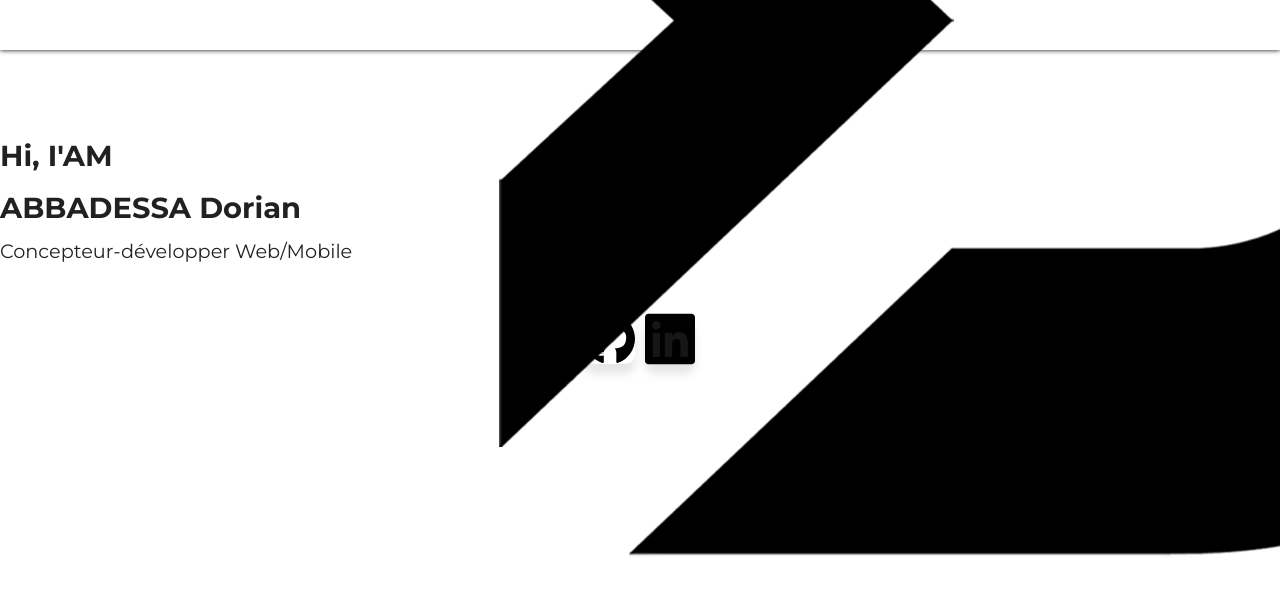
Repository: DorianABDS/Portfolio-ABBADESSA-Dorian
Page: index.html
The author's editor kept a copy of each file at every save. The page is drawn from the files as they stood at one save, then again after the next save.
The browser window is 1280 px wide. The pictures show the window.
The pointer rests on the first visible `.wrapper .twitter`.
A layer covers the whole window, so only the first screen is drawn.

Above is the page before, as saved 2024-11-27 22:49:48.

### index.html
<!DOCTYPE html>
<html lang="fr">
<head>
    <meta charset="UTF-8">
    <meta name="viewport" content="width=device-width, initial-scale=1.0">
    <meta charset="UTF-8">
    <meta name="viewport" content="width=device-width, initial-scale=1.0">
    <meta name="keywords" content="Portfolio, ABBADESSA Dorian, Web developper">
    <title>ABBADESSA Dorian - Portfolio</title>
    <link rel="shortcute icon" href="/src/img/Logo Div.png">
    <link rel="stylesheet" href="style.css">
</head>
<body>
    <header class="header">
        <nav class="navbar">
            <a href="index.html" class="logo"><img src="/src/img/Logo plat Div noir.png" alt=""></a>
            <div class="nav-links">
                <ul>
                    <li><a href="index.html">Accueil</a></li>
                    <li><a href="articles.html">Articles</a></li>
                    <li><a href="apropos.html">À propos</a></li>
                    <li><a href="contact.html">Contact</a></li>
                </ul>
            </div>
            <img src="/src/img/bars-solid.svg" alt="menu hamburger" class="menu-hamburger">
        </nav>
        <!-- <div class="social">
            <a href="#" title="Facebook"><img src="/src/img/icone Github.png" alt=""></a>
            <a href="#" title="Twitter"><img src="src/img/icone Linkedin.png" alt=""></a>
        </div> -->
    </header>
    <main>
        <section class="accueil">
            <div class="container-accueil">
                <h2>Hi, I'AM</h2>
                <h1><span>ABBADESSA Dorian</span></h1>
                <p>Concepteur-développer Web/Mobile</p>
                <div class="social">
                    <ul class="wrapper">
                        <li class="icon github">
                          <img src="/src/img/github-brands-solid.svg" alt="">
                        </li>
                        <li class="icon twitter">
                          <img src="/src/img/linkedin-brands-solid.svg" alt="">
                        </li>
                      </ul>
                </div>
        </section>
        <section class="about-me">
            <div class="container-about-me">
                <h2>Présentation</h2>
                <h1><span>À propos de moi</span></h1>
            </div>
            <div class="card-about-me"></div>
            <div class="texte-about-me"><p>🌍 Étudiant en première année de <span>bachelor en développement web</span> à <span>LaPlateforme</span> à Martigues, étant très <span>créatif</span> et <span>optimiste</span>
              <br>
              🎯 Mon <span>objectif</span> est de rechercher une <span>alternance</span> dans le but de perfectionner mes <span>compétences techniques</span> en développement web et mobile, en vue de mettre en pratique ces compétences pour  concevoir des interfaces modernes, fonctionnelles et adaptées aux besoins des utilisateurs. J’ai pour <span>objectif</span> de devenir un <span>concepteur d’application web et mobile</span>.
              <br>
              🧠 J’aime partager mes <span>connaissances</span>, travailler sur tout type de <span>projets</span> ainsi que mener à bien les <span>missions</span> qui me sont <span>confiés</span>.
              <br>
              Bienvenue sur mon <span>portfolio</span>, je vous y invite et vous ouvres les portes de mon <span>univer</span>.
              </p></div>
        </section>
        <button class="button-cv">
            <svg
                width="24"
                height="24"
                viewBox="0 0 24 24"
                fill="none"
                xmlns="http://www.w3.org/2000/svg"
                >
                <path
                    d="M11 5C11 4.44772 11.4477 4 12 4C12.5523 4 13 4.44772 13 5V12.1578L16.2428 8.91501L17.657 10.3292L12.0001 15.9861L6.34326 10.3292L7.75748 8.91501L11 12.1575V5Z"
                    fill="currentColor"
                />
                <path
                    d="M4 14H6V18H18V14H20V18C20 19.1046 19.1046 20 18 20H6C4.89543 20 4 19.1046 4 18V14Z"
                    fill="currentColor"
                />
                </svg>
            Download CV
          </button>
    </div>
    </main>
</body>
<script>
    const menuHamburger = document.querySelector(".menu-hamburger")
    const navLinks = document.querySelector(".nav-links")

    menuHamburger.addEventListener('click',()=>{
    navLinks.classList.toggle('mobile-menu')
    })
</script>
</html>

### style.css
@font-face {
    font-family: "Montserrat";
    src: url(/src/font/Montserrat-VariableFont_wght.ttf);
}

* {
    margin: 0;
    padding: 0;
    text-decoration: none;
    list-style: none;
    box-sizing: border-box;

}

html, body {
    font-size: 19.3px;
    color: rgba(0, 0, 0, .87);
    background-color: #fff;
    font-family: "Montserrat", sans-serif;
    line-height: 1.8;
    font-weight: 400;
}

.navbar {
    background: rgb(255, 255, 255);
    box-shadow: 0 0 5px rgb(0, 0, 0);;
    top: 0;
    left: 0;
    height: 50px;
    width: auto;
    position: fixed;
    padding-left: 30px;
    padding-right: 61px;
    width: 100%;
    display: flex;
    justify-content: space-between;
    align-items: center;
    z-index: 100;
}

.navbar a {
    color: #292929;
    font-weight: 700;
    display: inline;
}

.navbar .nav-links ul li a::after {
    content: "";
    display: block;
    height: 2px;
    background: rgb(255, 255, 255);
    transform: scale(0);
    transition: transform 0.2s ease-in-out;
}

.navbar .nav-links ul li a:hover::after {
    transform: scale(1);
}

.navbar .logo {
    transform: none;
    font-weight: 700;
}

.navbar .nav-links ul {
    display: flex;
    align-items: center;
}

.navbar .nav-links ul li {
    display: flex;
    margin: 0 25px;
}

.navbar .nav-links ul li img {
    display: flex;
    padding: -20px;
    margin-left: -23px;
}

.navbar .menu-hamburger {
    display: none;
    position: absolute;
    top: 8px;
    right: 30px;
    width: 30px;
}

.accueil {
    padding-top: 80px;
    margin-top: 50px;
    width: 100%;
    height: 100vh;
}

.button-cv {
    border: none;
    display: flex;
    margin-right: 20px;
    padding: 0.75rem 1.5rem;
    background: linear-gradient(90deg, rgba(255,50,50,1) 0%, rgba(255,136,0,1) 100%);
    color: #ffffff;
    font-size: 0.75rem;
    line-height: 1rem;
    font-weight: 700;
    text-align: center;
    cursor: pointer;
    text-transform: uppercase;
    vertical-align: middle;
    align-items: center;
    border-radius: 0.5rem;
    user-select: none;
    gap: 0.75rem;
    box-shadow:
      0 4px 6px -1px #488aec31,
      0 2px 4px -1px #488aec17;
    transition: all 0.6s ease;
  }

  .button-cv:hover {
    box-shadow:
      0 10px 15px -3px #488aec4f,
      0 4px 6px -2px #488aec17;
  }

  .button-cv:focus,
  .button-cv:active {
    opacity: 0.85;
    box-shadow: none;
  }

  .button-cv svg {
    width: 1.25rem;
    height: 1.25rem;
  }

.about-me {
    display: flex;
    justify-content: center;
    text-align: center;
  }

  .wrapper {
    display: inline-flex;
    list-style: none;
    width: 100%;
    padding-top: 40px;
    font-family: "Montserrat", sans-serif;
    justify-content: center;
  }

  .wrapper .icon {
    position: relative;
    background: #fff;
    border-radius: 0.5rem;
    margin: 5px;
    width: 50px;
    height: 50px;
    font-size: 18px;
    display: flex;
    justify-content: center;
    align-items: center;
    flex-direction: column;
    box-shadow: 0 10px 10px rgba(0, 0, 0, 0.1);
    cursor: pointer;
    transition: all 0.2s cubic-bezier(0.68, -0.55, 0.265, 1.55);
  }

  .wrapper .tooltip {
    position: absolute;
    top: 0;
    font-size: 14px;
    background: #fff;
    color: #fff;
    padding: 5px 8px;
    border-radius: 5px;
    box-shadow: 0 10px 10px rgba(0, 0, 0, 0.1);
    opacity: 0;
  }

  .wrapper .facebook:hover,
  .wrapper .facebook:hover .tooltip,
  .wrapper .facebook:hover .tooltip::before {
    background: #0965C1;
    color: #fff;
  }

  .wrapper .twitter:hover,
  .wrapper .twitter:hover .tooltip,
  .wrapper .twitter:hover .tooltip::before {
    background: #171515;
    color: #fff;
  }

@media  screen and (max-width: 814px) {
    html, body {
        padding: 0 20px;
    }

    .navbar .menu-hamburger {
        display: block;
    }

    .nav-links.mobile-menu {
        margin-left: 0;
    }

    .navbar {
        padding: 0;
    }

    .navbar .logo {
        padding-left: 20px;
    }

    .navbar .logo img {
        display: flex;
        align-items: center;
        width: 50px;
    }

    .nav-links {
        position: absolute;
        background-color: #ffffff90;
        backdrop-filter: blur(8px);
        top: 0;
        left: 0;
        width: 100%;
        height: 100vh;
        display: flex;
        justify-content: center;
        align-items: center;
        margin-left: 100%;
        transition: all 0.5s ease;
    }

    .nav-links ul {
        display: flex;
        flex-direction: column;
        align-items: center;
    }

    .navbar .nav-links ul li {
        margin: 15px 0;
        font-size: 1.2em;
    }

    .accueil {
        height: 100%;
    }

    .accueil h2 {
        font-size: 22px;
        font-weight: 600;
        color: #292929;
    }

    .accueil h1 {
        display: inline-block;
        line-height: 100%;
        font-size: 40px;
        letter-spacing: -2px;
        font-weight: 800;
        background: linear-gradient(90deg, rgba(255,50,50,1) 0%, rgba(255,136,0,1) 100%);
        -webkit-background-clip: text;
        -webkit-text-fill-color: transparent;
    }

    .accueil p {
        height: 80px;
        line-height: 150%;
        margin-bottom: 80px;
    }

    .social {
        display: flex;
        justify-content: center;
    }

    .social a {
        display: flex;
        justify-content: center;
        margin: 0 10px;
        width: 30px;
    }

    .container-accueil img {
        height: 30px;
    }

    .container-about-me h1 {
        font-size: 12;
        background: linear-gradient(90deg, rgba(255,50,50,1) 0%, rgba(255,136,0,1) 100%);
        -webkit-background-clip: text;
        -webkit-text-fill-color: transparent;
    }

    .container-about-me h2 {
        line-height: 5px;
        font-size: 16px;
    }

    .about-me {
        height: 100%;
        display: flex;
        align-items: center;
        flex-direction: column;
        padding-top: 300px;
    }

    .card-about-me {
        box-sizing: border-box;
        width: 300px;
        height: 500px;
        background: rgba(217, 217, 217, 0.58);
        border: 1px solid white;
        box-shadow: 12px 17px 51px rgba(0, 0, 0, 0.22);
        backdrop-filter: blur(6px);
        border-radius: 0.5rem;
        text-align: center;
        cursor: pointer;
        transition: all 0.5s;
        display: flex;
        align-items: center;
        justify-content: center;
        user-select: none;
        font-weight: bolder;
        color: black;
    }

    .card-about-me img {
        height: 500px;
    }

    .about-me p {
        font-size: 16px;
        margin-top: 30px;
        text-align: start;

    }

    .about-me p span {
        margin-top: 30px;
        background: linear-gradient(90deg, rgba(255,50,50,1) 0%, rgba(255,136,0,1) 100%);
        -webkit-background-clip: text;
        -webkit-text-fill-color: transparent;
    }

    .wrapper {
        padding-top: 0;
        display: flex;
        justify-content: flex-start;
    }

    .button-cv {
        margin-top: 30px;
    }

    .card-about-me {
        margin: 30px 0;
    }
}

### src/img/bars-solid.svg
<svg xmlns="http://www.w3.org/2000/svg" viewBox="0 0 448 512" fill="#353535"><!--!Font Awesome Free 6.7.0 by @fontawesome - https://fontawesome.com License - https://fontawesome.com/license/free Copyright 2024 Fonticons, Inc.--><path d="M0 96C0 78.3 14.3 64 32 64l384 0c17.7 0 32 14.3 32 32s-14.3 32-32 32L32 128C14.3 128 0 113.7 0 96zM0 256c0-17.7 14.3-32 32-32l384 0c17.7 0 32 14.3 32 32s-14.3 32-32 32L32 288c-17.7 0-32-14.3-32-32zM448 416c0 17.7-14.3 32-32 32L32 448c-17.7 0-32-14.3-32-32s14.3-32 32-32l384 0c17.7 0 32 14.3 32 32z"/></svg>

### src/img/github-brands-solid.svg
<svg xmlns="http://www.w3.org/2000/svg" viewBox="0 0 496 512" fill="#292929"><!--!Font Awesome Free 6.7.1 by @fontawesome - https://fontawesome.com License - https://fontawesome.com/license/free Copyright 2024 Fonticons, Inc.--><path fill="#000000" d="M165.9 397.4c0 2-2.3 3.6-5.2 3.6-3.3 .3-5.6-1.3-5.6-3.6 0-2 2.3-3.6 5.2-3.6 3-.3 5.6 1.3 5.6 3.6zm-31.1-4.5c-.7 2 1.3 4.3 4.3 4.9 2.6 1 5.6 0 6.2-2s-1.3-4.3-4.3-5.2c-2.6-.7-5.5 .3-6.2 2.3zm44.2-1.7c-2.9 .7-4.9 2.6-4.6 4.9 .3 2 2.9 3.3 5.9 2.6 2.9-.7 4.9-2.6 4.6-4.6-.3-1.9-3-3.2-5.9-2.9zM244.8 8C106.1 8 0 113.3 0 252c0 110.9 69.8 205.8 169.5 239.2 12.8 2.3 17.3-5.6 17.3-12.1 0-6.2-.3-40.4-.3-61.4 0 0-70 15-84.7-29.8 0 0-11.4-29.1-27.8-36.6 0 0-22.9-15.7 1.6-15.4 0 0 24.9 2 38.6 25.8 21.9 38.6 58.6 27.5 72.9 20.9 2.3-16 8.8-27.1 16-33.7-55.9-6.2-112.3-14.3-112.3-110.5 0-27.5 7.6-41.3 23.6-58.9-2.6-6.5-11.1-33.3 2.6-67.9 20.9-6.5 69 27 69 27 20-5.6 41.5-8.5 62.8-8.5s42.8 2.9 62.8 8.5c0 0 48.1-33.6 69-27 13.7 34.7 5.2 61.4 2.6 67.9 16 17.7 25.8 31.5 25.8 58.9 0 96.5-58.9 104.2-114.8 110.5 9.2 7.9 17 22.9 17 46.4 0 33.7-.3 75.4-.3 83.6 0 6.5 4.6 14.4 17.3 12.1C428.2 457.8 496 362.9 496 252 496 113.3 383.5 8 244.8 8zM97.2 352.9c-1.3 1-1 3.3 .7 5.2 1.6 1.6 3.9 2.3 5.2 1 1.3-1 1-3.3-.7-5.2-1.6-1.6-3.9-2.3-5.2-1zm-10.8-8.1c-.7 1.3 .3 2.9 2.3 3.9 1.6 1 3.6 .7 4.3-.7 .7-1.3-.3-2.9-2.3-3.9-2-.6-3.6-.3-4.3 .7zm32.4 35.6c-1.6 1.3-1 4.3 1.3 6.2 2.3 2.3 5.2 2.6 6.5 1 1.3-1.3 .7-4.3-1.3-6.2-2.2-2.3-5.2-2.6-6.5-1zm-11.4-14.7c-1.6 1-1.6 3.6 0 5.9 1.6 2.3 4.3 3.3 5.6 2.3 1.6-1.3 1.6-3.9 0-6.2-1.4-2.3-4-3.3-5.6-2z"/></svg>

### src/img/linkedin-brands-solid.svg
<svg xmlns="http://www.w3.org/2000/svg" viewBox="0 0 448 512" fill="#292929"><!--!Font Awesome Free 6.7.1 by @fontawesome - https://fontawesome.com License - https://fontawesome.com/license/free Copyright 2024 Fonticons, Inc.--><path fill="#000000" d="M416 32H31.9C14.3 32 0 46.5 0 64.3v383.4C0 465.5 14.3 480 31.9 480H416c17.6 0 32-14.5 32-32.3V64.3c0-17.8-14.4-32.3-32-32.3zM135.4 416H69V202.2h66.5V416zm-33.2-243c-21.3 0-38.5-17.3-38.5-38.5S80.9 96 102.2 96c21.2 0 38.5 17.3 38.5 38.5 0 21.3-17.2 38.5-38.5 38.5zm282.1 243h-66.4V312c0-24.8-.5-56.7-34.5-56.7-34.6 0-39.9 27-39.9 54.9V416h-66.4V202.2h63.7v29.2h.9c8.9-16.8 30.6-34.5 62.9-34.5 67.2 0 79.7 44.3 79.7 101.9V416z"/></svg>

After the next save:
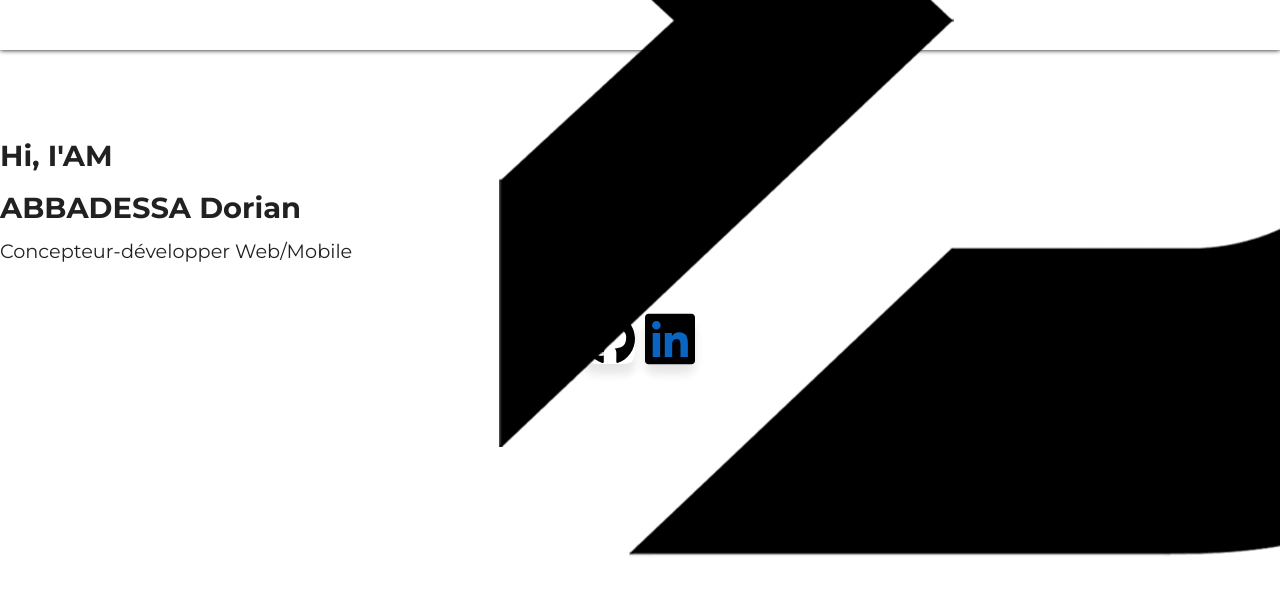
Saved 66 s later.
--- a/style.css
+++ b/style.css
@@ -188,7 +188,7 @@ html, body {
   .wrapper .twitter:hover,
   .wrapper .twitter:hover .tooltip,
   .wrapper .twitter:hover .tooltip::before {
-    background: #171515;
+    background: #0965C1;
     color: #fff;
   }
 
